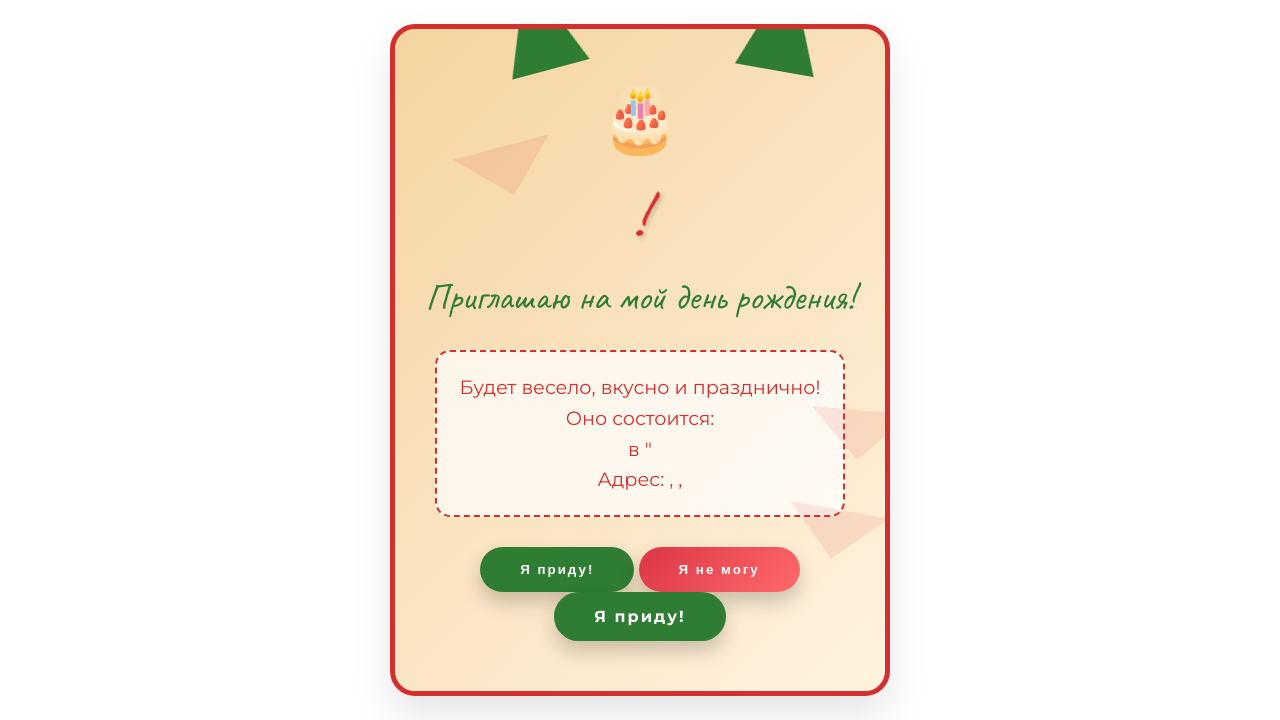
Repository: ll9llall9ll/users-management
Page: templates/6.html
The author's editor kept a copy of each file at every save. The page is drawn from the files as they stood at one save, then again after the next save.
The browser window is 1280 px wide. The pictures show the whole page.
The template is drawn by Flask 3. The application's start-up code is not run. Other server files are loaded and not shown. The template is opened directly, without the code that normally fills it, so the values that code supplies are empty.

Above is the page before, as saved 2025-03-04 20:11:31.

### templates/6.html
<!DOCTYPE html>
<html lang="ru">

<head>
    <meta charset="UTF-8">
    <meta name="viewport" content="width=device-width, initial-scale=1.0">
    <title>День Рождения в Пиццерии!</title>
    <link
        href="https://fonts.googleapis.com/css2?family=Caveat:wght@400;700&family=Montserrat:wght@400;700&display=swap"
        rel="stylesheet">
    <style>
        :root {
            --color-tomato-red: #D32F2F;
            --color-pizza-dough: #F5D4A0;
            --color-basil-green: #2E7D32;
            --color-cheese-yellow: #FFC107;
            --color-background: #FFFFFF;
        }

        * {
            margin: 0;
            padding: 0;
            box-sizing: border-box;
        }

        body {
            font-family: 'Montserrat', sans-serif;
            background-color: var(--color-background);
            display: flex;
            justify-content: center;
            align-items: center;
            min-height: 100vh;
            perspective: 1000px;
            overflow: hidden;
            color: var(--color-tomato-red);
        }

        .invitation-container {
            width: 500px;
            background: linear-gradient(135deg, var(--color-pizza-dough), #FFF3E0);
            border-radius: 25px;
            box-shadow: 0 20px 40px rgba(0, 0, 0, 0.1);
            position: relative;
            overflow: hidden;
            text-align: center;
            padding: 50px 20px;
            border: 5px solid var(--color-tomato-red);
        }

        .pizza-decoration {
            position: absolute;
            width: 100%;
            height: 100%;
            pointer-events: none;
            z-index: 1;
        }

        .pizza-slice {
            position: absolute;
            width: 100px;
            height: 100px;
            background-color: var(--color-tomato-red);
            clip-path: polygon(50% 50%, 0 0, 100% 0);
            opacity: 0.1;
            transform: rotate(var(--rotation));
        }

        .party-props {
            position: absolute;
            top: -50px;
            width: 100%;
            display: flex;
            justify-content: space-around;
            z-index: 10;
        }

        .pizza-hat {
            width: 80px;
            height: 100px;
            background-color: var(--color-basil-green);
            clip-path: polygon(50% 0%, 0% 100%, 100% 100%);
            transform: rotate(var(--rotation));
            animation: hat-bounce 2s infinite alternate;
        }

        @keyframes hat-bounce {
            0% {
                transform: translateY(0) rotate(var(--rotation));
            }

            100% {
                transform: translateY(-10px) rotate(var(--rotation));
            }
        }

        .fireworks {
            position: absolute;
            width: 100%;
            height: 100%;
            pointer-events: none;
        }

        .firework {
            position: absolute;
            width: 10px;
            height: 10px;
            background-color: var(--firework-color);
            border-radius: 50%;
            opacity: 0;
            animation: firework 1.5s ease-out;
        }

        @keyframes firework {
            0% {
                transform: scale(0);
                opacity: 1;
            }

            100% {
                transform: scale(2);
                opacity: 0;
            }
        }

        .pizza-emoji {
            font-size: 4rem;
            margin-bottom: 20px;
        }

        .name-highlight {
            font-family: 'Caveat', cursive;
            font-size: 60px;
            color: var(--color-tomato-red);
            text-shadow: 2px 2px 4px rgba(0, 0, 0, 0.2);
            margin-bottom: 20px;
            animation: name-bounce 1s infinite alternate;
        }

        @keyframes name-bounce {
            0% {
                transform: scale(1) rotate(-5deg);
            }

            100% {
                transform: scale(1.05) rotate(5deg);
            }
        }

        .invitation-text {
            font-family: 'Caveat', cursive;
            font-size: 37px;
            color: var(--color-basil-green);
            margin-bottom: 30px;
        }

        .event-details {
            background-color: rgba(255, 255, 255, 0.7);
            border-radius: 15px;
            padding: 20px;
            margin: 0 20px 30px;
            font-size: 1.2rem;
            line-height: 1.6;
            border: 2px dashed var(--color-tomato-red);
        }

        .btn-confirm {
            cursor: pointer;
            display: inline-block;
            padding: 15px 40px;
            background-color: var(--color-basil-green);
            color: white;
            text-decoration: none;
            border-radius: 50px;
            font-weight: bold;
            letter-spacing: 2px;
            transition: all 0.3s ease;
            box-shadow: 0 10px 20px rgba(0, 0, 0, 0.2);
            border: none;
            outline: none;
            /* Убирает обводку при фокусе */
        }

        .btn-confirm:hover {
            transform: translateY(-5px);
            box-shadow: 0 15px 30px rgba(0, 0, 0, 0.3);
            background-color: var(--color-basil-green);
        }

        .button-no {
            cursor: pointer;
            display: inline-block;
            padding: 15px 40px;
            background-color: var(--color-tomato-red);
            color: white;
            text-decoration: none;
            border-radius: 50px;
            font-weight: bold;
            letter-spacing: 2px;
            transition: all 0.3s ease;
            box-shadow: 0 10px 20px rgba(0, 0, 0, 0.2);
            border: none;
            outline: none;
            background: linear-gradient(135deg, #dc3545, #ff6b6b);
        }

        .button-no:hover {
            background: linear-gradient(135deg, #c82333, #ff4d4d);}

    </style>
</head>

<body>
    <div class="invitation-container">
        <div class="pizza-decoration">
            <div class="pizza-slice" style="top: 10%; left: 10%; --rotation: -15deg;"></div>
            <div class="pizza-slice" style="bottom: 20%; right: 5%; --rotation: 10deg;"></div>
            <div class="pizza-slice" style="top: 50%; left: 80%; --rotation: 5deg;"></div>
        </div>

        <div class="party-props">
            <div class="pizza-hat" style="--rotation: -15deg;"></div>
            <div class="pizza-hat" style="--rotation: 10deg;"></div>
        </div>

        <div class="fireworks"></div>

        <div class="pizza-emoji">🎂</div>

        <div class="name-highlight">{{invitation.name}}!</div>

        <div class="invitation-text">
            Приглашаю на мой день рождения!
        </div>

        <div class="event-details">
            <p>Будет весело, вкусно и празднично!</p>
            <p>Оно состоится: {{ event.date }} </p>
            <p>в {{ event.hall_name }}"</p>
            <p>Адрес: {{ event.address_country }} , {{ event.address_city }} , {{ event.address_line }} </p>
        </div>
        <form class="formAC" method="post" action="{{ url_for('invite', h=invitation.hash) }}">
            <button type="submit" name='action' class="btn-confirm" onclick="return confirm('Դուք Համոզվա՞ծ եք?')"
                value="accepted">Я приду!</button>
            <button type="submit" name='action' class="button-no" onclick="return confirm('Դուք Համոզվա՞ծ եք?')"
                value="rejected">Я не могу</button>
        </form>
        <a href="#" class="btn-confirm">Я приду!</a>
    </div>

    <script>
        function createFireworks() {
            const fireworksContainer = document.querySelector('.fireworks');

            function createFirework() {
                const firework = document.createElement('div');
                firework.classList.add('firework');

                firework.style.setProperty('--firework-color', `hsl(${Math.random() * 360}, 100%, 50%)`);
                firework.style.left = `${Math.random() * 100}%`;
                firework.style.top = `${Math.random() * 100}%`;
                firework.style.animationDelay = `${Math.random() * 2}s`;

                fireworksContainer.appendChild(firework);

                setTimeout(() => {
                    fireworksContainer.removeChild(firework);
                }, 2000);
            }

            setInterval(createFirework, 500);
        }

        createFireworks();
    </script>
</body>

</html>

After the next save:
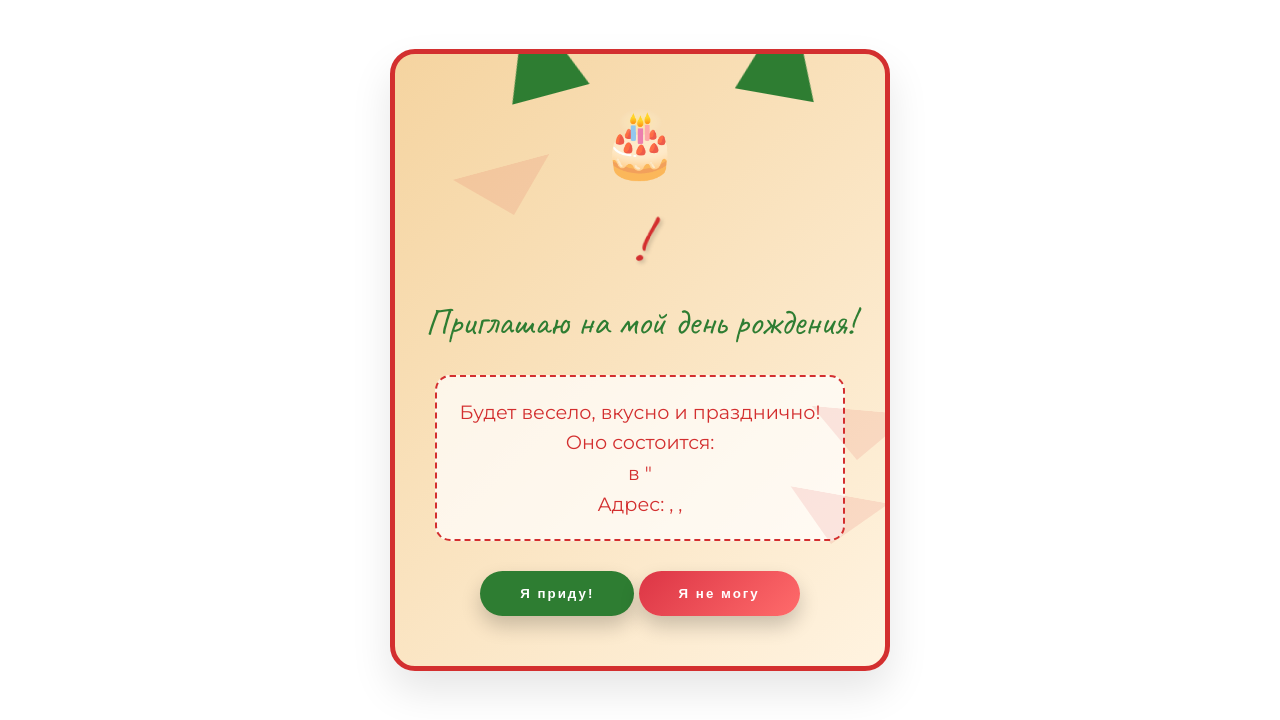
Saved 19 s later.
--- a/templates/6.html
+++ b/templates/6.html
@@ -244,7 +244,6 @@
             <button type="submit" name='action' class="button-no" onclick="return confirm('Դուք Համոզվա՞ծ եք?')"
                 value="rejected">Я не могу</button>
         </form>
-        <a href="#" class="btn-confirm">Я приду!</a>
     </div>
 
     <script>
